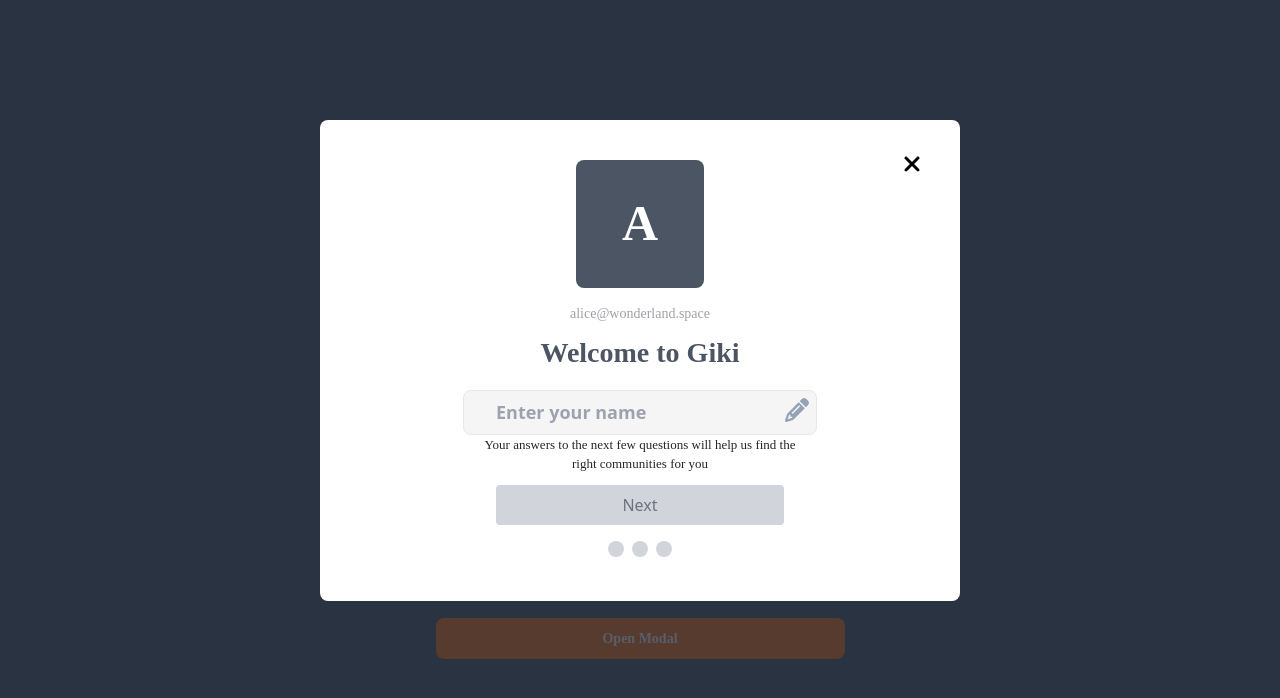
Repository: ZakariaZhlat125/lucatctyteste
Page: /, after clicking the first element matching `button.mt-36`
An editor plug-in stored every save of this project. The page is shown before and after the next save, followed by the edit.
The browser window is 1280 px wide. The pictures show the whole page.
The project was rebuilt for these pictures with package versions that can differ from the ones it lists, and the page was loaded fresh each time. Also part of the build but not shown: vite.config.js, src/Components/ModalComponents/PickLang.jsx, src/Components/ModalComponents/SelectImage.jsx.

Above is the page before, as saved 2023-09-29 14:41:19.

### src/App.jsx
import { useState } from 'react'
import Modalpage from './pages/Modalpage'


function App() {

  return (
    <>
    <Modalpage />
    </>
  )
}

export default App

### src/pages/Modalpage.jsx
import React, { useState } from "react";
import logo from "../assets/Images/Logo.png";
import Modal from "../Components/ModalComponents/Modal";
const Modalpage = () => {
  const [isModalOpen, setIsModalOpen] = useState(false);



  return (
    <div className="h-screen w-secreen bg-gray-600 flex flex-col justify-center items-center  ">
      <img
        src={logo}
        alt="logo"
        className="w-[415px] h-[413px] mx-2 "
      />
      <button
        onClick={() => setIsModalOpen(true)}
        className="mt-36 w-[309px] h-[41px] sm:w-[409px]  shadow-sm bg-orange-500  hover:bg-orange-600 rounded-lg  text-white text-sm font-semibold font-['Montserrat']"
      >
        Open Modal
      </button>


      <Modal isOpen={isModalOpen}  onClose={() => setIsModalOpen(false)} />

    </div>
  );
};

export default Modalpage;

### src/Components/ModalComponents/Modal.jsx
import React, { useState } from "react";
import Welcom from "./Welcom";
import PickLang from "./PickLang";
import SelectImage from "./SelectImage";
import { FontAwesomeIcon } from "@fortawesome/react-fontawesome";
import { faTimes } from "@fortawesome/free-solid-svg-icons";
const Modal = ({ isOpen, onClose }) => {
  const [currentPage, setCurrentPage] = useState(1);

  const [inputValueName, setInputValueName] = useState("");
  const [inputValueLang, setInputValueLang] = useState("");
  const [inputValueCountry, setInputValueCountry] = useState("");
  const [selectedItems, setSelectedItems] = useState([]);
  if (!isOpen) return null;
  const totalPages = 3;

  const nextPage = () => {
    if (currentPage < 3) {
      setCurrentPage(currentPage + 1);
    }
  };
  const nextPageText = currentPage === 3 ? "Pick 3 more" : "Next";
  const prevPage = () => {
    if (currentPage > 1) {
      setCurrentPage(currentPage - 1);
    }
  };

  const isNextButtonDisabled =
    (currentPage === 1 && inputValueName.trim() === "") ||
    (currentPage === 2 &&
      (inputValueLang.trim() === "" || inputValueCountry.trim() === "")) ||
    (currentPage === 3 && selectedItems.length < 3);

  const nextButtonStyle = isNextButtonDisabled
    ? "bg-gray-300 text-gray-500"
    : "bg-orange-500 text-white";

  const getOrangeCount = () => {
    // Return the number of orange circles to display based on the current page
    switch (currentPage) {
      case 2:
        return 1;
      case 3:
        return 2;
      default:
        return 0;
    }
  };

  return (
    <div className="fixed inset-0 flex justify-center items-center z-50">
      <div className="fixed inset-0 bg-gray-800 opacity-75"></div>
      <div className="bg-white sm:w-[40rem] w-[90vw] sm:h-[36rem] h-auto mx-1 max-h-max rounded-lg sm:p-8 p-4 z-50 relative flex flex-col justify-between items-center overflow-y-auto">
        <FontAwesomeIcon
          icon={faTimes}
          onClick={onClose}
          className="absolute w-8 h-6 self-end cursor-pointer"
        />
        {currentPage === 1 && (
          <Welcom
            inputValueName={inputValueName}
            setInputValueName={setInputValueName}
          />
        )}
        {currentPage === 2 && (
          <PickLang
            inputValueLang={inputValueLang}
            setInputValueLang={setInputValueLang}
            inputValueCountry={inputValueCountry}
            setInputValueCountry={setInputValueCountry}
          />
        )}
        {currentPage === 3 && (
          <SelectImage
            selectedItems={selectedItems}
            setSelectedItems={setSelectedItems}
          />
        )}
        <div className="my-3 flex flex-col">
          <button
            onClick={nextPage}
            className={`w-72 px-4 py-2 rounded ${nextButtonStyle}`}
            disabled={isNextButtonDisabled}
          >
            {nextPageText}
          </button>
          {currentPage > 1 && (
            <button
              onClick={prevPage}
              className="mr-4   text-black px-4 py-2 rounded"
            >
              Back
            </button>
          )}
          <div className="flex mt-4 self-center">
            {[...Array(totalPages)].map((_, index) => (
              <div
                key={index}
                className={`w-4 h-4 mx-1 rounded-full ${
                  index < getOrangeCount() ? "bg-orange-500" : "bg-gray-300"
                }`}
              ></div>
            ))}
          </div>
        </div>
      </div>
    </div>
  );
};

export default Modal;

### src/Components/ModalComponents/Welcom.jsx
import React, { useState } from "react";
import { FontAwesomeIcon } from "@fortawesome/react-fontawesome";
import { faPencilAlt } from "@fortawesome/free-solid-svg-icons";

const Welcom = ({ inputValueName, setInputValueName }) => {
  const handleInputChange = (e) => {
    setInputValueName(e.target.value);
  };
  return (
    <div className="flex flex-col justify-center items-center px-32">
      <div className="bg-gray-600 w-32 h-32 flex rounded-lg justify-center items-center my-2">
        <p className="text-white text-[50px] font-bold   font-['Montserrat']">
          A
        </p>
      </div>

      <p className="my-2 text-zinc-400 text-sm font-medium font-['Poppins'] ">
        alice@wonderland.space
      </p>
      <h3 className="text-gray-600 text-[28px] font-bold font-['Poppins']">
        Welcome to Giki
      </h3>
      <div className="relative mt-4">
        <input
          type="text"
          placeholder="Enter your name"
          className="py-2 px-8 pr-12 border text-orange-500 font-bold text-[18px] bg-neutral-100 rounded-lg focus:outline-none focus:border-orange-500"
          value={inputValueName} // Bind input value to state
          onChange={handleInputChange} // Handle input change
        />
        <FontAwesomeIcon
          icon={faPencilAlt}
          className="absolute right-2 top-2 text-slate-400 w-6 h-6 cursor-pointer"
        />
      </div>
      <p className="w-[314px]  text-center text-neutral-800 text-[13px] font-medium font-['Poppins'] leading-[19px]">
        Your answers to the next few questions will help us find the right
        communities for you
      </p>
    </div>
  );
};

export default Welcom;

### tailwind.config.js
/** @type {import('tailwindcss').Config} */
export default {
  content: [
    "./index.html",
    "./src/**/*.{js,ts,jsx,tsx}",
  ],
  theme: {
    container: {
      center: true,
      padding: {
        DEFAULT: '1rem',
        sm: '2rem',
        lg: '4rem',
        xl: '5rem',
        '2xl': '6rem',
      },
    },
    extend: {},
  },
  plugins: [],
}

Loaded but not shown: index.html (common file); src/main.jsx (common file); src/index.css (common file)

After the next save:
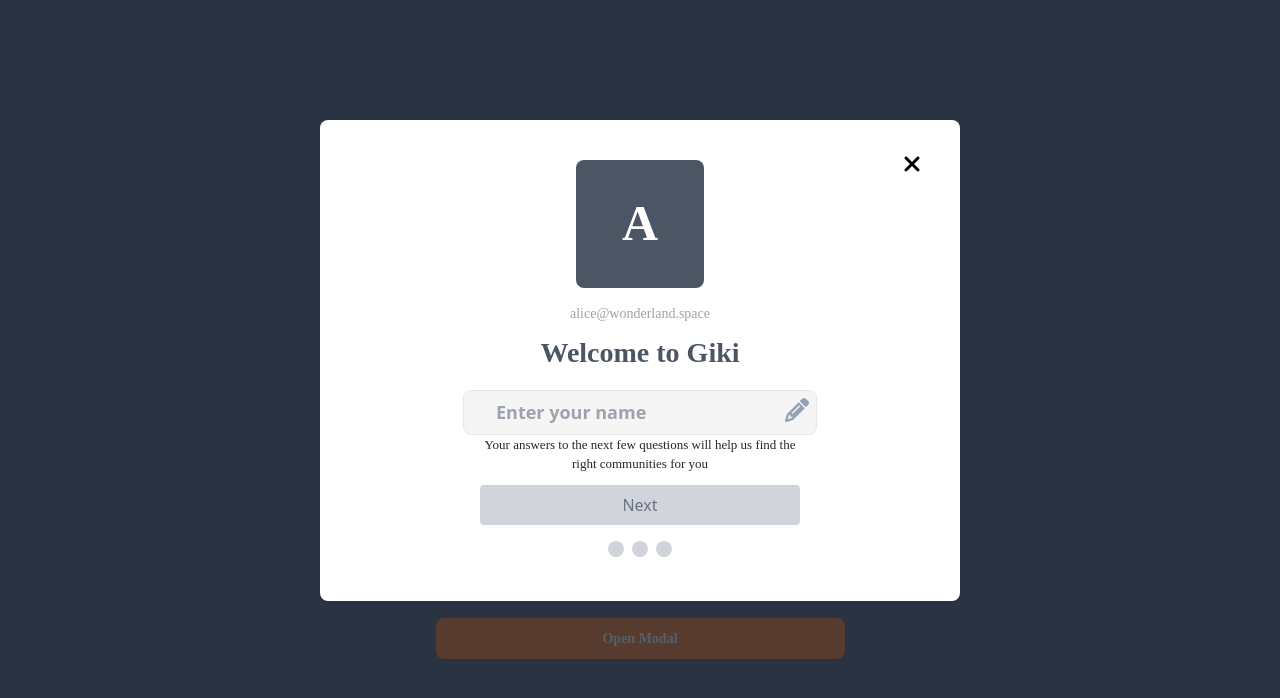
Saved 39 s later.
--- a/src/Components/ModalComponents/Modal.jsx
+++ b/src/Components/ModalComponents/Modal.jsx
@@ -80,7 +80,7 @@
         <div className="my-3 flex flex-col">
           <button
             onClick={nextPage}
-            className={`w-72 px-4 py-2 rounded ${nextButtonStyle}`}
+            className={`sm:w-[20rem] w-[70vw] px-4 py-2 rounded ${nextButtonStyle}`}
             disabled={isNextButtonDisabled}
           >
             {nextPageText}
